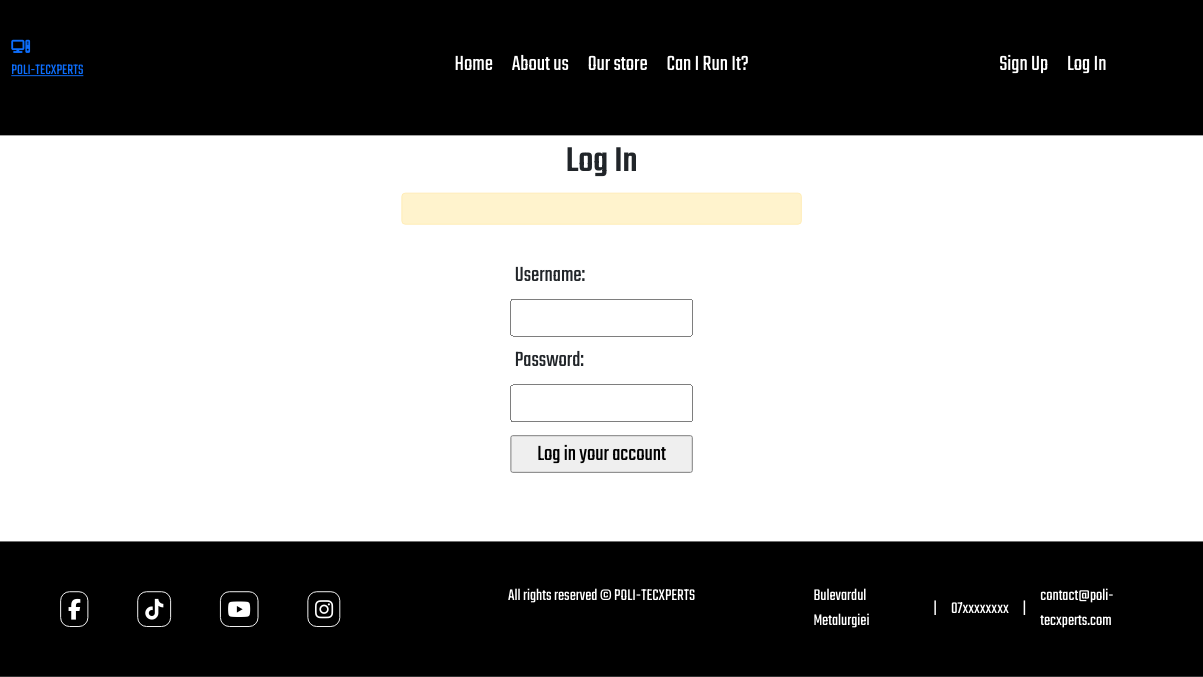
Repository: cristibtz/POLI_TECXPERTS
Page: login/login.html
An editor plug-in stored every save of this project. The page is shown before and after the next save, followed by the edit.
The browser window is 1280 px wide. The pictures show the whole page, at 94% of full size.

Above is the page before, as saved 2024-04-27 18:04:34.

After the next save:
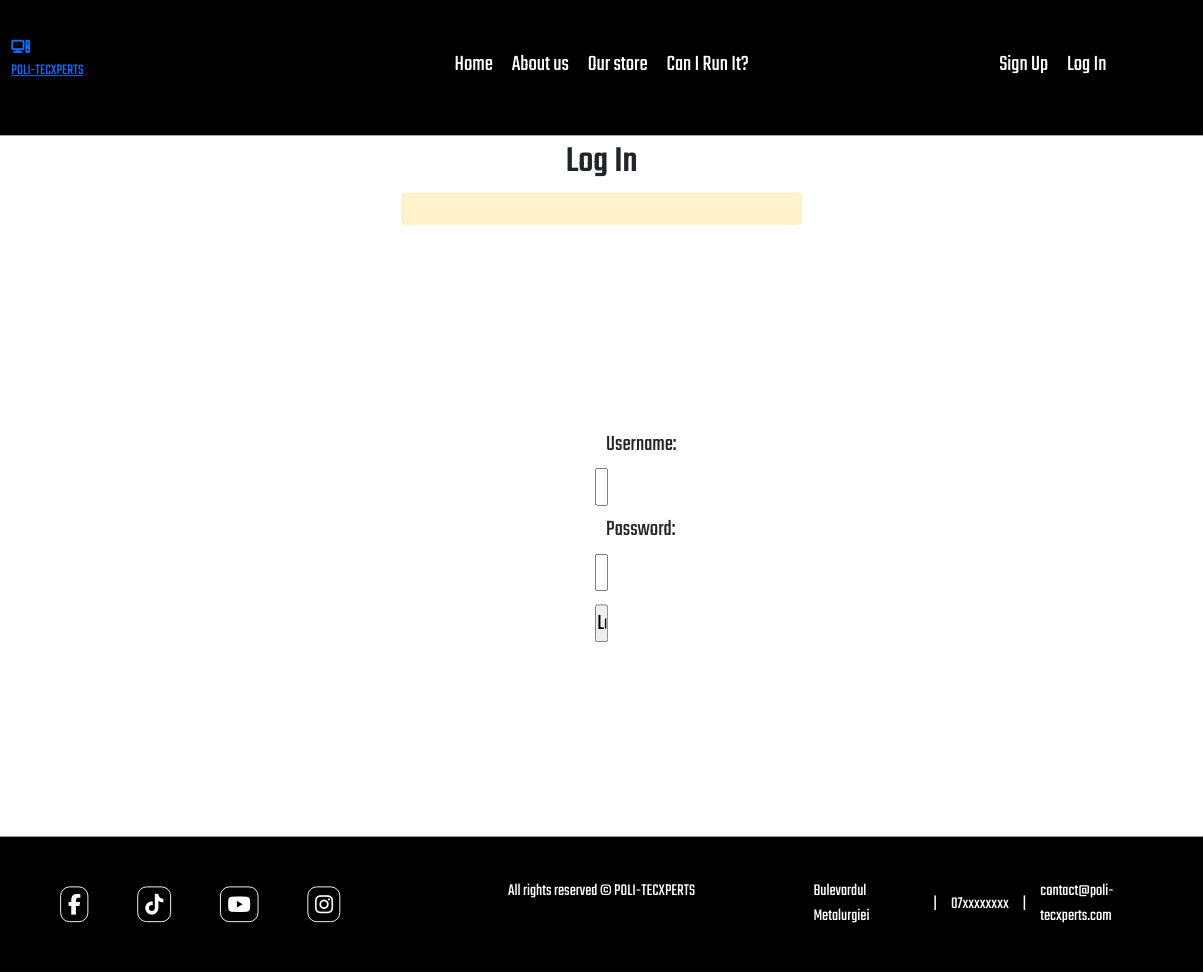
Saved 13 s later.
--- a/css/forms.css
+++ b/css/forms.css
@@ -7,7 +7,7 @@ form .row input {
 }
 
 form {
-    margin: 20px;
+    margin: 200px;
 }
 
 label {
